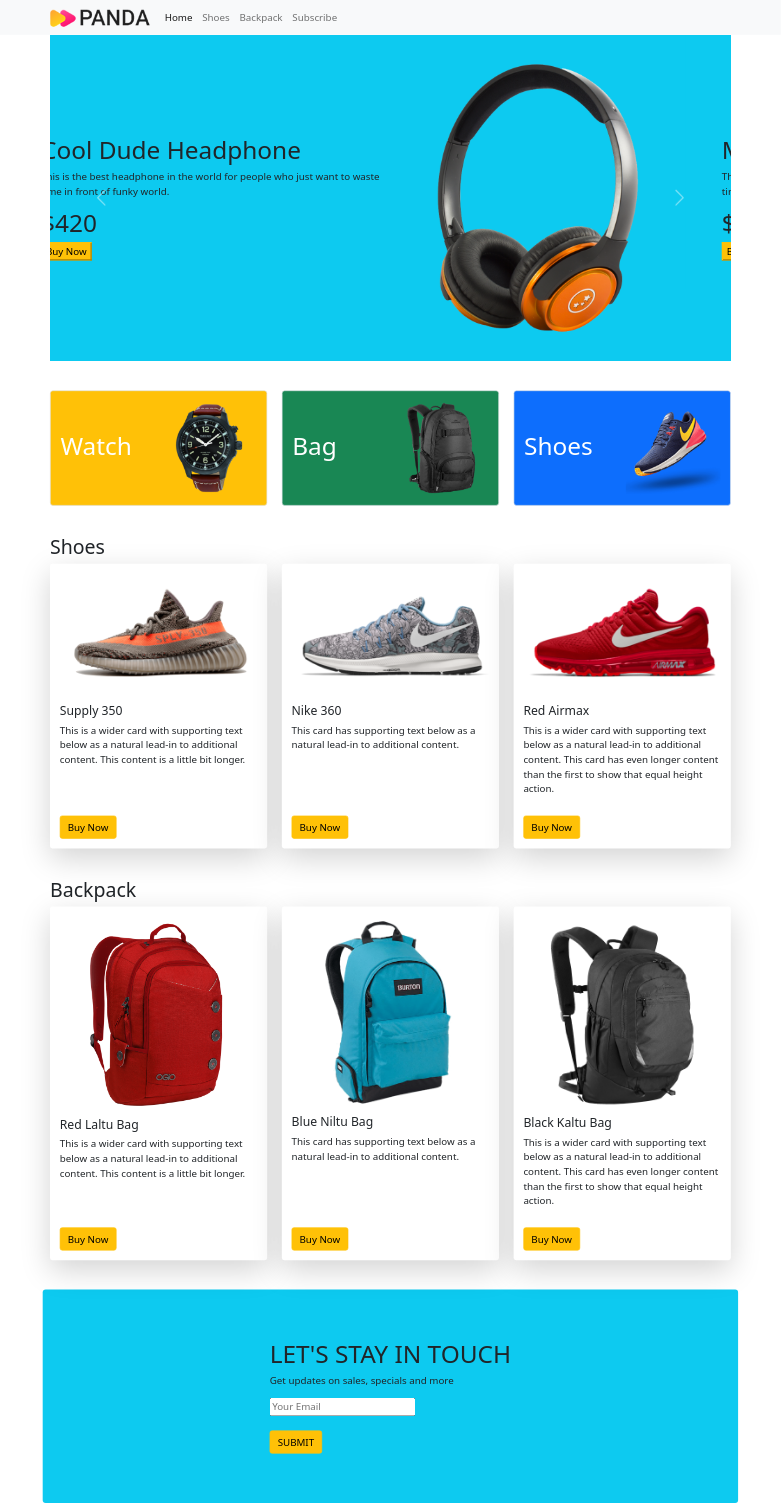
Repository: mdmohiddin/panda-commerce-rp
Page: index.html
These files come from the project's save history. The page is drawn as it stood at one moment and after the next save; the edit follows.
The browser window is 1280 px wide. The pictures show the whole page, at 61% of full size.

Above is the page before, as saved 2021-07-28 19:50:51.

### index.html
<!DOCTYPE html>
<html lang="en">
<head>
    <meta charset="UTF-8">
    <meta http-equiv="X-UA-Compatible" content="IE=edge">
    <meta name="viewport" content="width=device-width, initial-scale=1.0">
    <title>panda-commerce</title>
    <!-- Bootstrap Stylesheet -->
    <link href="https://cdn.jsdelivr.net/npm/bootstrap@5.0.2/dist/css/bootstrap.min.css" rel="stylesheet" integrity="sha384-EVSTQN3/azprG1Anm3QDgpJLIm9Nao0Yz1ztcQTwFspd3yD65VohhpuuCOmLASjC" crossorigin="anonymous">

</head>
<body>
    <!-- header star -->
    <header>
        <nav class="navbar navbar-expand-lg navbar-light bg-light">
            <div class="container">
              <a class="navbar-brand" href="#">
                <img src="images/logo.png" alt="">
              </a>
              <button class="navbar-toggler" type="button" data-bs-toggle="collapse" data-bs-target="#navbarSupportedContent" aria-controls="navbarSupportedContent" aria-expanded="false" aria-label="Toggle navigation">
                <span class="navbar-toggler-icon"></span>
              </button>
              <div class="collapse navbar-collapse" id="navbarSupportedContent">

                <ul class="navbar-nav me-auto mb-2 mb-lg-0">

                    <li class="nav-item">
                    <a class="nav-link active" aria-current="page" href="#">Home</a>
                  </li>

                  <li class="nav-item">
                    <a class="nav-link" href="#">Shoes</a>
                  </li>

                  <li class="nav-item">
                    <a class="nav-link" href="#">Backpack</a>
                  </li>

                  <li class="nav-item">
                    <a class="nav-link" href="#">Subscribe</a>
                  </li>

                </ul>
              </div>
            </div>
          </nav>

          <!-- image slider -->
          <section class="container">
            <div id="carouselExampleControls" class="carousel slide" data-bs-ride="carousel">

                <div class="carousel-inner">

                    <div class="carousel-item active">

                        <div class="row bg-info p-5 d-flex align-items-center">
                            <div class="col-lg-7">
                                <h1>Cool Dude Headphone</h1>
                                <p>This is the best headphone in the world for people who just want to waste time in front of funky world.</p>
                                <h1>$420</h1>
                                <button class="btn-warning">Buy Now</button>
                            </div>
                            <div class="col-lg-5">
                                <img src="images/banner-images/headphone.png" class="d-block w-100" alt="...">
                            </div>
                        </div>
                  </div>

                  <div class="carousel-item">
                    <div class="row bg-info p-5 d-flex align-items-center">
                        <div class="col-lg-7">
                            <h1>Mega LCD TV For Sports</h1>
                            <p>This is the best headphone in the world for people who just want to waste time in front of funky world.</p>
                            <h1>$420</h1>
                            <button class="btn-warning">Buy Now</button>
                        </div>
                        <div class="col-lg-5">
                            <img src="images/banner-images/tv.png" class="d-block w-100" alt="...">
                        </div>
                    </div>
                  </div>

                  <div class="carousel-item">
                    <div class="row bg-info p-5 d-flex align-items-center">
                        <div class="col-lg-7">
                            <h1>X-Box for your living room</h1>
                            <p>This is the best headphone in the world for people who just want to waste time in front of funky world.</p>
                            <h1>$600</h1>
                            <button class="btn-warning">Buy Now</button>
                        </div>
                        <div class="col-lg-5">
                            <img src="images/banner-images/xbox.png" class="d-block w-100" alt="...">
                        </div>
                    </div>
                  </div>
                </div>
                <button class="carousel-control-prev" type="button" data-bs-target="#carouselExampleControls" data-bs-slide="prev">
                  <span class="carousel-control-prev-icon" aria-hidden="true"></span>
                  <span class="visually-hidden">Previous</span>
                </button>
                <button class="carousel-control-next" type="button" data-bs-target="#carouselExampleControls" data-bs-slide="next">
                  <span class="carousel-control-next-icon" aria-hidden="true"></span>
                  <span class="visually-hidden">Next</span>
                </button>
              </div>
          </section>
    </header>
    <!-- header end -->

    <main>
        <!-- catergories -->
        <section class="container my-5">
                <div class="row g-4">

                  <div class="col-lg-4 col-md-6 col-12">
                    <div class="p-3 border bg-warning d-flex align-items-center d-flex justify-content-between rounded-3">
                        <h1 class="text-white">Watch</h1>
                        <img src="images/categories/watch.png" alt="">
                    </div>
                  </div>

                  <div class="col-lg-4 col-md-6 col-12">
                    <div class="p-3 border bg-success d-flex align-items-center d-flex justify-content-between rounded-3">
                        <h1 class="text-white">Bag</h1>
                        <img src="images/categories/bag.png" alt="">
                    </div>
                  </div>

                  <div class="col-lg-4 col-md-6 col-12">
                    <div class="p-3 border bg-primary d-flex align-items-center d-flex justify-content-between rounded-3">
                        <h1 class="text-white">Shoes</h1>
                        <img src="images/categories/shoes.png" alt="">
                    </div>
                  </div>
                </div>
        </section>

        <!-- Shoes -->
        <section class="container">
            <h2>Shoes</h2>
            <div class="row row-cols-1 row-cols-md-2 row-cols-lg-3 g-4">

                <div class="col">
                  <div class="card h-100 border-0 shadow-lg">
                    <img src="images/shoes/shoe-1.png" class="card-img-top" alt="...">
                    <div class="card-body">
                      <h5 class="card-title">Supply 350</h5>
                      <p class="card-text">This is a wider card with supporting text below as a natural lead-in to additional content. This content is a little bit longer.</p>
                    </div>
                    <div class="m-3">
                     <button class="btn btn-warning">Buy Now</button>
                    </div>
                  </div>
                </div>

                <div class="col">
                  <div class="card h-100 border-0 shadow-lg">
                    <img src="images/shoes/shoe-2.png" class="card-img-top" alt="...">
                    <div class="card-body">
                      <h5 class="card-title">Nike 360</h5>
                      <p class="card-text">This card has supporting text below as a natural lead-in to additional content.</p>
                    </div>
                    <div class="m-3">
                      <button class="btn btn-warning">Buy Now</button>
                    </div>
                  </div>
                </div>

                <div class="col">
                  <div class="card h-100 border-0 shadow-lg">
                    <img src="images/shoes/shoe-3.png" class="card-img-top" alt="...">
                    <div class="card-body">
                      <h5 class="card-title">Red Airmax</h5>
                      <p class="card-text">This is a wider card with supporting text below as a natural lead-in to additional content. This card has even longer content than the first to show that equal height action.</p>
                    </div>
                    <div class="m-3">
                     <button class="btn btn-warning">Buy Now</button>
                    </div>
                  </div>
                </div>
              </div>
        </section>

        <!-- Backpack -->
        <section class="container my-5">
            <h2>Backpack</h2>
            <div class="row row-cols-1 row-cols-md-2 row-cols-lg-3 g-4">

                <div class="col">
                  <div class="card h-100 border-0 shadow-lg">
                    <img src="images/bags/bag-1.png" class="card-img-top" alt="...">
                    <div class="card-body">
                      <h5 class="card-title">Red Laltu Bag</h5>
                      <p class="card-text">This is a wider card with supporting text below as a natural lead-in to additional content. This content is a little bit longer.</p>
                    </div>
                    <div class="m-3">
                     <button class="btn btn-warning">Buy Now</button>
                    </div>
                  </div>
                </div>

                <div class="col">
                  <div class="card h-100 border-0 shadow-lg">
                    <img src="images/bags/bag-2.png" class="card-img-top" alt="...">
                    <div class="card-body">
                      <h5 class="card-title">Blue Niltu Bag</h5>
                      <p class="card-text">This card has supporting text below as a natural lead-in to additional content.</p>
                    </div>
                    <div class="m-3">
                      <button class="btn btn-warning">Buy Now</button>
                    </div>
                  </div>
                </div>

                <div class="col">
                  <div class="card h-100 border-0 shadow-lg">
                    <img src="images/bags/bag-3.png" class="card-img-top" alt="...">
                    <div class="card-body">
                      <h5 class="card-title">Black Kaltu Bag</h5>
                      <p class="card-text">This is a wider card with supporting text below as a natural lead-in to additional content. This card has even longer content than the first to show that equal height action.</p>
                    </div>
                    <div class="m-3">
                     <button class="btn btn-warning">Buy Now</button>
                    </div>
                  </div>
                </div>
              </div>
        </section>

        <!-- Subscription -->
        <section style="height: 350px;" class="container d-flex justify-content-center bg-info d-flex align-items-center rounded-3">
            <div>
                <h1>LET'S STAY IN TOUCH</h1>
                <p>Get updates on sales, specials and more</p>
                <input type="text" placeholder="Your Email">
                <br><br>
                <button class="btn btn-warning">SUBMIT</button>
                </div>
        </section>
    </main>
    <footer>

    </footer>

    <!-- Bootstrap JS -->
    <script src="https://cdn.jsdelivr.net/npm/bootstrap@5.0.2/dist/js/bootstrap.bundle.min.js" integrity="sha384-MrcW6ZMFYlzcLA8Nl+NtUVF0sA7MsXsP1UyJoMp4YLEuNSfAP+JcXn/tWtIaxVXM" crossorigin="anonymous"></script>
</body>
</html>

After the next save:
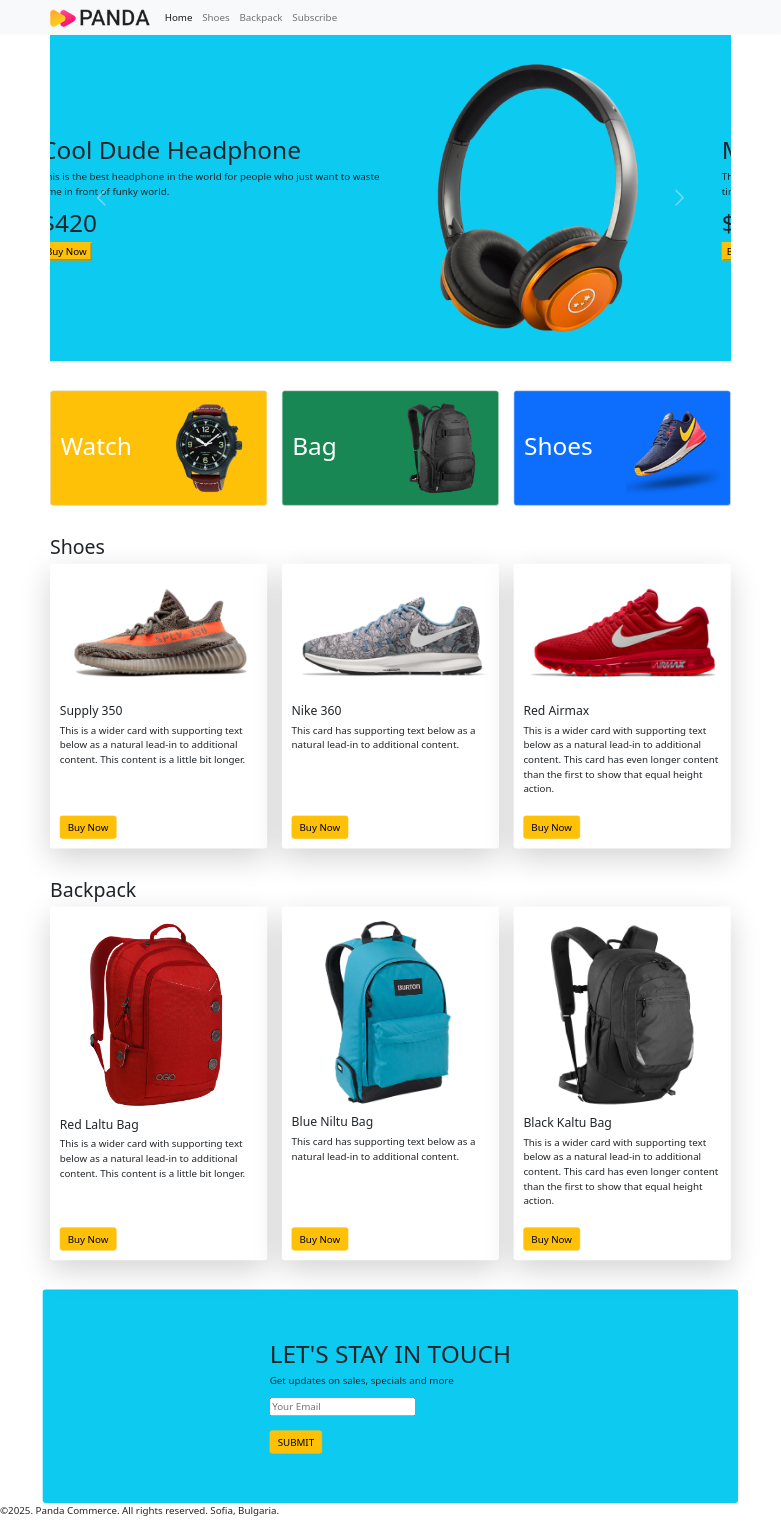
Saved 33 s later.
--- a/index.html
+++ b/index.html
@@ -239,7 +239,7 @@
         </section>
     </main>
     <footer>
-
+        <p>©2025. Panda Commerce. All rights reserved. Sofia, Bulgaria.</p>
     </footer>
 
     <!-- Bootstrap JS -->
